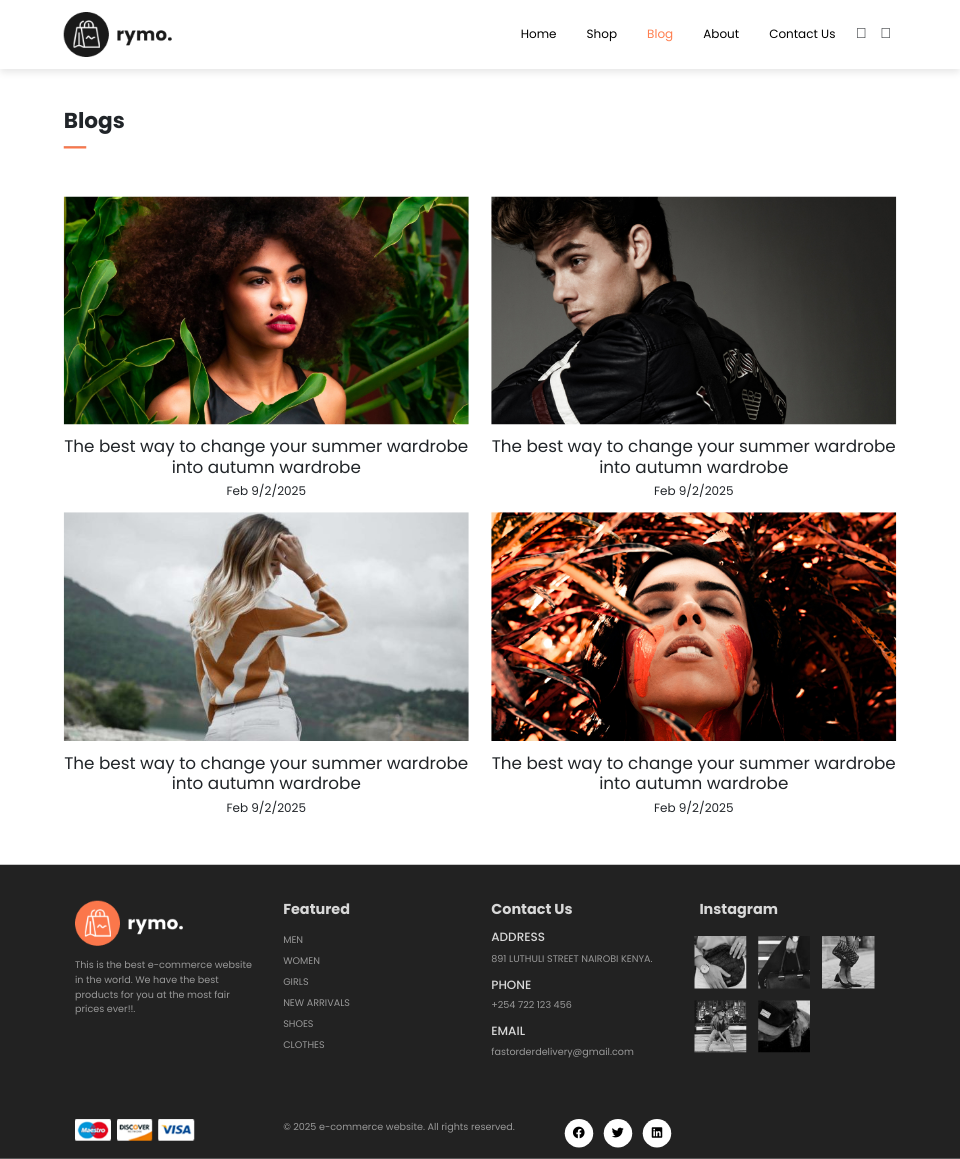
Repository: peter417waweru/e-commerce-UI
Page: blog.html
The author's editor kept a copy of each file at every save. The page is drawn from the files as they stood at one save, then again after the next save.
The browser window is 1280 px wide. The pictures show the whole page, at 75% of full size.
Some web libraries are served in a nearby version.

Above is the page before, as saved 2025-02-09 08:02:05.

### blog.html
<!DOCTYPE html>
<html lang="en">


    <head>
        <meta charset="UTF-8">
        <meta http-equiv="X-UA-Compatible" content="IE=edge">
        <meta name="viewport" content="width=device-width, initial-scale=1.0">
        <title>Ecommerce Website1</title>

        <link rel="stylesheet" href="https://cdn.jsdelivr.net/npm/bootstrap@4.1.3/dist/css/bootstrap.min.css"
        integrity="sha384-MCw98/SFnGE8fJT3GXwEOngsV7Zt27NXFoaoApmYm81iuXoPkFOJwJ8ERdknLPMO" crossorigin="anonymous">

        <link rel="stylesheet" href="https://pro.fontawesome.com/releases/v5.10.0/css/all.css" />

        <link rel="stylesheet" href="./style.css">
        <link rel="stylesheet" href="./blog.css">
    </head>

    <body>

        <nav class="navbar navbar-expand-lg navbar-light bg-white py-3 fixed-top">
            <div class="container">
              <img src="img/logo1.png" alt="">
              <button class="navbar-toggler" type="button" data-bs-toggle="collapse" data-bs-target="#navbarSupportedContent"
              aria-controls="navbarSupportedContent" aria-expanded="false" aria-label="Toggle navigation">
                <span><i id="bar" class="fas fa-bars"></i></span>
              </button>
              <div class="collapse navbar-collapse" id="navbarSupportedContent">
                <ul class="navbar-nav ml-auto">
                  <li class="nav-item">
                    <a class="nav-link " aria-current="page" href="#">Home</a>
                  </li>
                  <li class="nav-item">
                    <a class="nav-link" aria-current="page" href="shop.html">Shop</a>
                  </li>
                  <li class="nav-item">
                    <a class="nav-link active" aria-current="page" href="#">Blog</a>
                  </li>
                  <li class="nav-item">
                    <a class="nav-link" aria-current="page" href="#">About</a>
                  </li>
                  <li class="nav-item">
                    <a class="nav-link" aria-current="page" href="#">Contact Us</a>
                  </li>
                  <li class="nav-item">
                    <i class="fal fa-search"></i>
                    <i class="fal fa-shopping-bag"></i>
                  </li>


                </ul>

              </div>
            </div>
        </nav>

        <section id="blog-home" class="container pt-5 mt-5">
            <h2 class="font-weight-bold pt-5">Blogs</h2>
            <hr>
        </section>

        <section id="blog-container" class="container pt-5">
            <div class="row">
                <div class="post col-lg-6 col-md-6 col-12">
                    <div class="blog-img">
                        <img class="img-fluid w-100" src="img/blog/1.jpg" alt="">
                    </div>
                    <h3 class="text-center font-weight-normal pt-3">The best way to change your summer wardrobe into autumn wardrobe</h3>
                    <p class="text-center">Feb 9/2/2025</p>
                </div>
                <div class="post col-lg-6 col-md-6 col-12">
                    <div class="blog-img">
                        <img class="img-fluid w-100" src="img/blog/2.jpg" alt="">
                    </div>
                    <h3 class="text-center font-weight-normal pt-3">The best way to change your summer wardrobe into autumn wardrobe</h3>
                    <p class="text-center">Feb 9/2/2025</p>
                </div>
                <div class="post col-lg-6 col-md-6 col-12">
                    <div class="blog-img">
                        <img class="img-fluid w-100" src="img/blog/3.jpg" alt="">
                    </div>
                    <h3 class="text-center font-weight-normal pt-3">The best way to change your summer wardrobe into autumn wardrobe</h3>
                    <p class="text-center">Feb 9/2/2025</p>
                </div>
                <div class="post col-lg-6 col-md-6 col-12">
                    <div class="blog-img">
                        <img class="img-fluid w-100" src="img/blog/4.jpg" alt="">
                    </div>
                    <h3 class="text-center font-weight-normal pt-3">The best way to change your summer wardrobe into autumn wardrobe</h3>
                    <p class="text-center">Feb 9/2/2025</p>
                </div>
            </div>

        </section>
        <footer class="mt-5">
            <div class="row container mx-auto pt-5">
              <div class="footer-one col-lg-3 col-md-6 col-12">
                <img src="img/logo2.png" alt="">
                <p class="pt-3">This is the best e-commerce website in the world.
                   We have the best products for you at the most fair prices ever!!.</p>
              </div>
              <div class="footer-one col-lg-3 col-md-6 col-12">
                <h4 class="pb-2">Featured</h4>
                <ul class="text-uppercase list-unstyled">
                  <li><a href="#">men</a></li>
                  <li><a href="#">women</a></li>
                  <li><a href="#">girls</a></li>
                  <li><a href="#">new arrivals</a></li>
                  <li><a href="#">shoes</a></li>
                  <li><a href="#">clothes</a></li>
                </ul>
              </div>
              <div class="footer-one col-lg-3 col-md-6 col-12 mb-3">
                <h4 class="pb-2">Contact Us</h4>
                <div>
                  <h6 class="text-uppercase">Address</h6>
                <p>891 LUTHULI STREET NAIROBI KENYA.</p>
                </div>
                <div>
                  <h6 class="text-uppercase">Phone</h6>
                <p>+254 722 123 456</p>
                </div>
                <div>
                  <h6 class="text-uppercase">Email</h6>
                <p>fastorderdelivery@gmail.com</p>
                </div>
              </div>
              <div class="footer-one col-lg-3 col-md-6 col-12 mb-3">
                <h4 class="pb-2">Instagram</h4>
                <div class="row">
                  <img class="img-fluid w-25 h-100 m-2" src="img/insta/1.jpg" alt="">
                  <img class="img-fluid w-25 h-100 m-2" src="img/insta/2.jpg" alt="">
                  <img class="img-fluid w-25 h-100 m-2" src="img/insta/3.jpg" alt="">
                  <img class="img-fluid w-25 h-100 m-2" src="img/insta/4.jpg" alt="">
                  <img class="img-fluid w-25 h-100 m-2" src="img/insta/5.jpg" alt="">
                </div>
              </div>
            </div>
            <div class="copyright mt-5">
              <div class="row container mx-auto">
                <div class="col-lg-3 col-md-6 col-12 mb-4">
                  <img class="img-fluid" src="img/payment.png" alt="">
                </div>
                <div class="col-lg-4 col-md-6 col-12 text-nowrap mb-2">
                  <p>© 2025 e-commerce website. All rights reserved.</p>
                </div>
                <div class="col-lg-4 col-md-6 col-12">
                  <a href="#"><i class="fab fa-facebook"></i></a>
                  <a href="#"><i class="fab fa-twitter"></i></a>
                  <a href="#"><i class="fab fa-linkedin"></i></a>
                </div>
              </div>
            </div>
        </footer>


    </body>





</html>

### style.css
@import url("https://fonts.googleapis.com/css2?family=Poppins:wght@100;200;300;400;500;600;700;800;900&display=swap");
* {
  margin: 0;
  padding: 0;
  box-sizing: border-box;
}

body {
  font-family: "Poppins", sans-serif;
}

h1 {
  font-size: 2.5rem;
  font-weight: 700;
}

h2 {
  font-size: 1.8rem;
  font-weight: 600;
}

h3 {
  font-size: 1.4rem;
  font-weight: 800;
}

h4 {
  font-size: 1.1rem;
  font-weight: 600;
}

h5 {
  font-size: 1rem;
  font-weight: 400;
  color: #1d1d1d;
}

h6 {
  color: #d8d8d8;
}

hr {
  width: 30px;
  height: 2px;
  background-color: #fb774b;
}

.star {
  padding: 10px 0;
}

.star i{
  font-size: 0.8rem;
  color: goldenrod;
}

button {
  font-size: 0.8rem;
  font-weight: 700;
  outline: none;
  border: none;
  background-color: #1d1d1d;
  color: aliceblue;
  padding: 13px 30px;
  cursor: pointer;
  text-transform: uppercase;
  transition: 0.3s ease;
}

button:hover {
  background-color: #3a3833;
}

hr {
  width: 30px;
  height: 2px;

}

.navbar {
  font-size: 16px;
  background-color: #d8d8d8;
  top: 0;
  left: 0;
  box-shadow: 0 5px 10px rgba(0, 0, 0, 0.1);
}

.navbar-light .navbar-nav .nav-link{
  padding: 0 20px;
  color: black;
  transition: 0.3s ease;
}

.navbar-light .navbar-nav .nav-link:hover,
.navbar i:hover,
.navbar-light .navbar-nav .nav-link.active,
.navbar i.active
{
  color: coral;
}



.navbar i{
  font-size: 1.2rem;
  padding: 0 7px;
  cursor: pointer;
  transition: 0.3s ease;
}

/* Mobile Nav*/


.navbar-light .navbar-toggler{
  border: none;
  outline: none;
}

#bar {
  font-size: 1.5rem;
  padding: 7px;
  cursor: pointer;
  font-weight: 500;
  color: black;
  transition: 0.3s ease;
}

#bar:hover,
#bar.active{
  color: #fff;
}

@media only screen and (max-width: 990px) {

  body > nav > div > button:hover ,
  body > nav > div > button:focus {
    background-color: #fb774b;
  }

  body > nav > div > button:hover #bar,
  body > nav > div > button:focus #bar {
    background-color: #fb774b;
  }

  #navbarSupportedContent > ul {
    margin: 1rem;
    justify-content: flex-end;
    align-items: flex-end;
    text-align: right;
  }

  #navbarSupportedContent > ul > li:nth-child(n) > a {
    padding: 10px 0;
  }
}


#home {
  background-image: url("img/back.jpg");
  width: 100%;
  height: 100vh;
  background-size: cover;
  background-position: top 70px center;
  display: flex;
  flex-direction: column;
  align-items: flex-start;
  justify-content: center;

}

#home span{
  color: coral;
}

#new .one img{
  width: 100%;
  height: 100%;
  background-position: center center;
  background-repeat: no-repeat;
  background-size: cover;
  position: relative;
}


#new .row .one .details{
  position: absolute;
  width: 100%;
  height: 100%;
  top: 0;
  left: 0;
  transition: 0.3s ease;
}

#new .row .one:hover .details{
  cursor: pointer;
  background-color: rgba(255, 178, 178, 0.8);
}

#new .row .one .details button{
 display: inline-block;
 font-size: 14px;
 font-weight: 500;
 color: #2a2a2a;
 background: none;
 text-transform: uppercase;
 border-bottom: 1px solid #2a2a2a;
 padding: 1.5px;
 transform: translateY(70px);
 transition: 0.3s ease;
}

#new .row .one .details button:hover{
  cursor: pointer;
  color: #fff;
  border-bottom: 1px solid #fff;
}

#new .row .one:nth-child(1) .details{
  display: flex;
  justify-content: center;
  flex-direction: column;
  align-items: flex-start;
  text-align: start;
}

#new .row .one:nth-child(2) .details{
  display: flex;
  justify-content: center;
  flex-direction: column;
  align-items: center;
  text-align: center;
}

#new .row .one:nth-child(3) .details{
  display: flex;
  justify-content: center;
  flex-direction: column;
  align-items: flex-end;
  text-align: end;
}

/*Products*/

.product {
  cursor: pointer;
  margin-bottom: 2rem;
}

.product img{
  transition: 0.3s all;

}

.product img:hover{
  opacity: 0.7;
}

.product .buy-btn{
  background: #fb774b;
  transform: translateY(20px);
  opacity: 0;
  transition: 0.3s all;
}
.product:hover .buy-btn{
  transform: translateY(0px);
  opacity: 1;
}

#banner {
  background-image: url("img/banner/2.jpg");
  width: 100%;
  height: 60vh;
  background-size: cover;
  background-position: top 70px center;
  background-repeat: no-repeat;
  background-attachment: fixed;
  display: flex;
  flex-direction: column;
  align-items: flex-start;
  justify-content: center;
}

#banner h4{
  color: #D8D8D8;
}

#banner h1{
  color: #D8D8D8;
}

#banner button{
  background-color: #fb774b;
}

footer{
  background-color: #222222;
}

footer h4 {
  color: #D8D8D8;
  font-size: 1.2rem;
  font-weight: 700;
}

footer li {
  padding-bottom: 4px;
}

footer li a {
  font-size: 0.8rem;
  color: #999;
}

footer li a:hover {
  color: #D8D8D8;
}

footer p{
  color: #999;
  font-size: 0.8rem;
}

footer .copyright a{
  color: #000;
  width: 38px;
  height: 38px;
  background-color: #fff;
  display: inline-block;
  text-align: center;
  line-height: 38px;
  border-radius: 50%;
  transition: 0.3s ease;
  margin: 0 5px;

}

footer .copyright a:hover{
  color: #fff;
  background-color: #fb774b;
}

### blog.css
#blog-container .post img{
    transition: 0.3s ease;
}

#blog-container .post:hover img{
    transform: scale(1.3) rotate(-10deg);
    opacity: 0.8;
}

#blog-container .post .blog-img{
    overflow: hidden;
    cursor: pointer;
}

#blog-container .post h3{
    transition: 0.3s ease;
    cursor: pointer;
}

#blog-container .post:hover h3{
    color: coral;
}

After the next save:
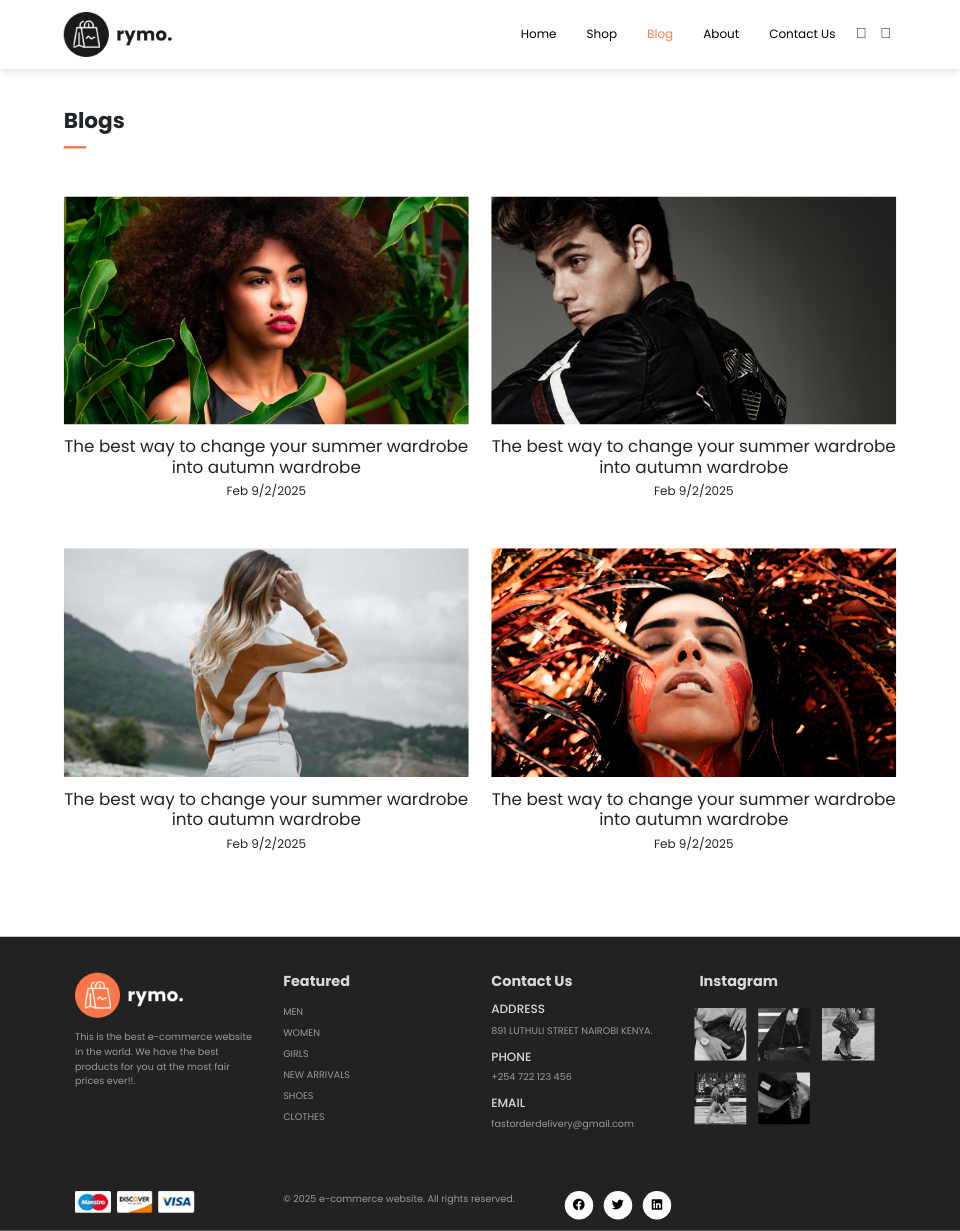
Saved 115 s later.
--- a/blog.html
+++ b/blog.html
@@ -62,28 +62,28 @@
 
         <section id="blog-container" class="container pt-5">
             <div class="row">
-                <div class="post col-lg-6 col-md-6 col-12">
+                <div class="post col-lg-6 col-md-6 col-12 pb-5">
                     <div class="blog-img">
                         <img class="img-fluid w-100" src="img/blog/1.jpg" alt="">
                     </div>
                     <h3 class="text-center font-weight-normal pt-3">The best way to change your summer wardrobe into autumn wardrobe</h3>
                     <p class="text-center">Feb 9/2/2025</p>
                 </div>
-                <div class="post col-lg-6 col-md-6 col-12">
+                <div class="post col-lg-6 col-md-6 col-12 pb-5">
                     <div class="blog-img">
                         <img class="img-fluid w-100" src="img/blog/2.jpg" alt="">
                     </div>
                     <h3 class="text-center font-weight-normal pt-3">The best way to change your summer wardrobe into autumn wardrobe</h3>
                     <p class="text-center">Feb 9/2/2025</p>
                 </div>
-                <div class="post col-lg-6 col-md-6 col-12">
+                <div class="post col-lg-6 col-md-6 col-12 pb-5">
                     <div class="blog-img">
                         <img class="img-fluid w-100" src="img/blog/3.jpg" alt="">
                     </div>
                     <h3 class="text-center font-weight-normal pt-3">The best way to change your summer wardrobe into autumn wardrobe</h3>
                     <p class="text-center">Feb 9/2/2025</p>
                 </div>
-                <div class="post col-lg-6 col-md-6 col-12">
+                <div class="post col-lg-6 col-md-6 col-12 pb-5">
                     <div class="blog-img">
                         <img class="img-fluid w-100" src="img/blog/4.jpg" alt="">
                     </div>
